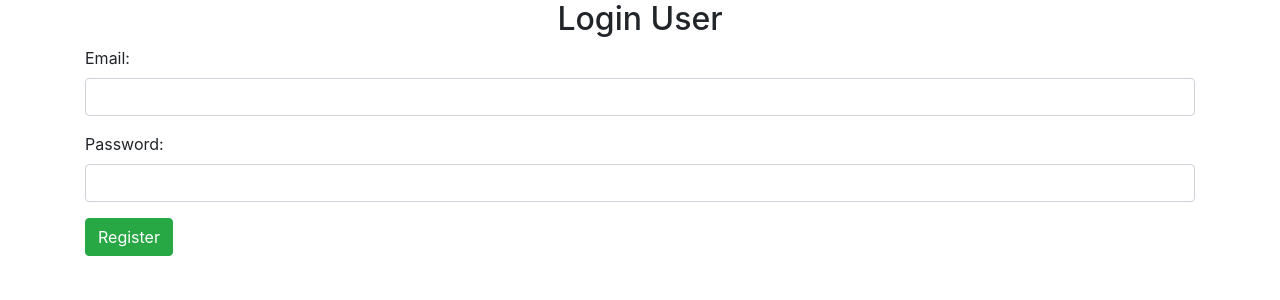
Repository: thanhbui99/java-eclipse
Page: http://localhost/userProject/historyServlet
An editor plug-in stored every save of this project. The page is shown before and after the next save, followed by the edit.
The browser window is 1280 px wide. The pictures show the whole page.
The page is served by Tomcat 9.

Above is the page before, as saved 2020-11-02 09:25:40.

After the next save:
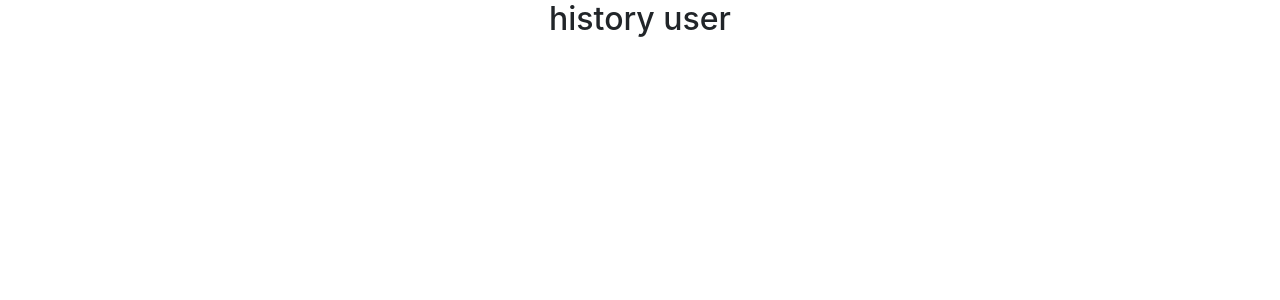
Saved 96 s later.
--- a/workspace/userProject/WebContent/WEB-INF/View/history.jsp
+++ b/workspace/userProject/WebContent/WEB-INF/View/history.jsp
@@ -26,23 +26,10 @@
 	<div class="container">
 		<div class="panel panel-primary">
 			<div class="panel-heading">
-				<h2 class="text-center">Login User</h2>
+				<h2 class="text-center">history user</h2>
 			</div>
 			<div class="panel-body">
-                <form method="POST" action="dang-nhap">
-				<div class="form-group">
-					<label for="email">Email:</label>
-					 <input required="true" type="email" class="form-control" id="email" name="email" />
-				</div>
-				<div class="form-group">
-					<label for="pwd">Password:</label>
-					<input required="true" type="password" class="form-control" id="pwd" name="password" />
-				</div>
 
-
-				<button class="btn btn-success">Register</button>
-			</div>
-                </form>
 		</div>
 	</div>
 </body>
